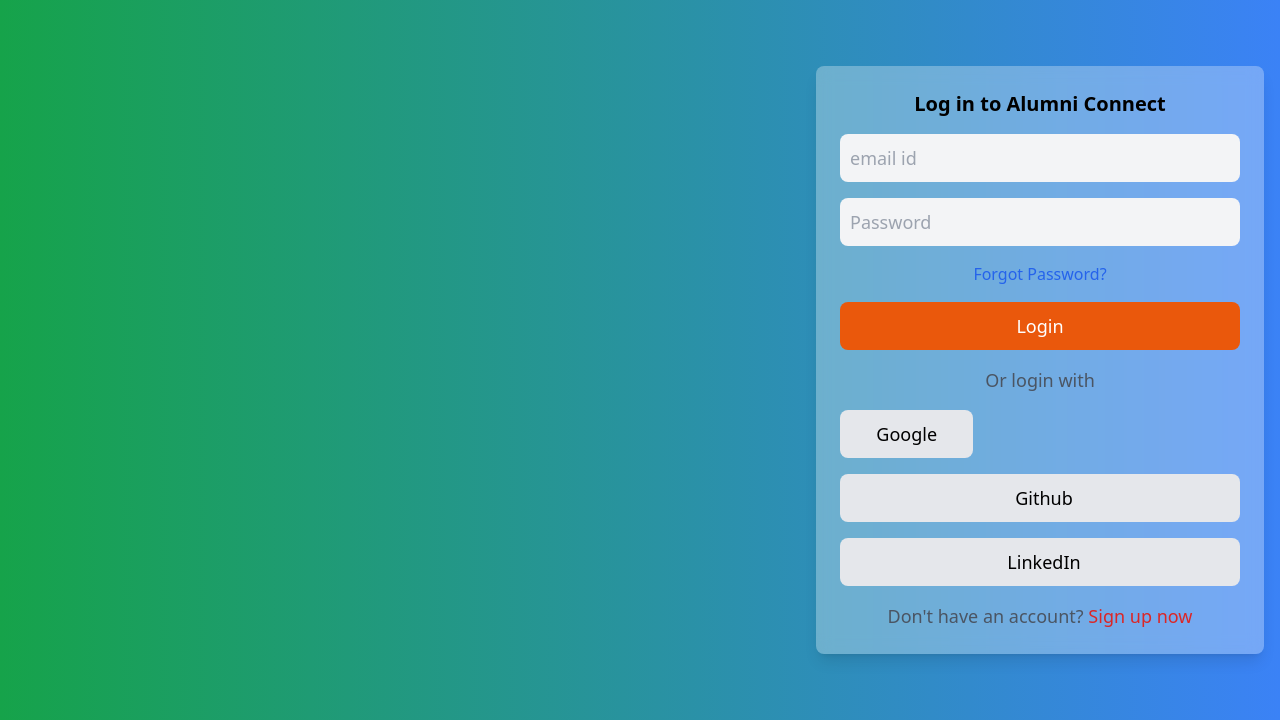
Repository: ptsdpatient/SIH24
Page: /login (app in frontend/)
The author's editor kept a copy of each file at every save. The page is drawn from the files as they stood at one save, then again after a run of saves.
The browser window is 1280 px wide. The pictures show the whole page.
The page's requests for data from a server got no answer. Some web libraries are served in a nearby version. The project was rebuilt for these pictures with package versions that can differ from the ones it lists, and the page was loaded fresh each time. The framework's server and built-in components were replaced by stand-ins that run in the browser. No one was signed in, and anything a server would have sent is missing.

Above is the page before, as saved 2024-09-14 15:59:15.

### frontend/src/app.html
<!doctype html>
<html lang="en">
	<head>
		<script src="https://accounts.google.com/gsi/client" async defer></script>
		<script src="https://cdn.tailwindcss.com"></script>

		<meta charset="utf-8" />
		<link rel="icon" href="%sveltekit.assets%/favicon.png" />
		<meta name="viewport" content="width=device-width, initial-scale=1" />
		%sveltekit.head%
	</head>
	<body data-sveltekit-preload-data="hover">
		<div style="display: contents">%sveltekit.body%</div>
	</body>
</html>

### frontend/src/routes/login/+page.svelte
<script>
    import {onMount} from 'svelte'
    const apiKey = import.meta.env.VITE_API_KEY;

    let email = '';
    let password = '';
    let enableTokenDebugging = false;


    async function authenticateToken(token){
        try{
            const response = await fetch((apiKey+'authenticateToken'), {
                method: 'GET',
                headers: {
                    'Content-Type': 'application/json',
                    'Authorization': `Bearer ${token}`
                },

            })

            const data = await response.json();

            if(data.auth){
              window.location.href = data.admin?'/admin':'/home'
            }

        }catch(err){
            alert("your session has expired, please login again")
        }
    }

    async function handleLogin() {
      const loginData = {
        email: email,
        password: password
      };

      try {
        const response = await fetch((apiKey+'login'), {
          method: 'POST',
          headers: {
          'Content-Type': 'application/json'
          },
          body: JSON.stringify(loginData),
        });

        if (!response.ok) {
          alert("failed")
          throw new Error('Login failed');
        }


        const data = await response.json();

        if(data.token) {
          localStorage.setItem('token', data.token);
        }

        if(data.user.isAdmin>0)admin=true

        window.location.href = '/home'

        console.log('Login successful:', data);
      } catch (error) {
        console.error('Error during login:', error);
      }
    }


    onMount(()=>{
         const token = localStorage.getItem('token');
         if(token) {
            authenticateToken(token)
         }
    })

  </script>


<div class="flex flex-col md:flex-row justify-end bg-gradient-to-r from-green-600 to-blue-500" style="width:100vw;height:100svh">

    <div class=" absolute md:relative flex items-center justify-center p-4">
        <div class="bg-white bg-opacity-30 backdrop-blur rounded-lg shadow-lg p-6 max-w-md w-full animate-fadeIn">
            <p id="login" class="text-center text-xl font-semibold">Log in to Alumni Connect</p>
            <div action="" class="mt-4">
                <input bind:value={email} type="email" id="username" name="username" placeholder="email id"  required class="w-full p-2.5 mb-4 border-none rounded-lg text-lg bg-gray-100 outline-none">
                <input bind:value={password} type="password" id="password" name="password" placeholder="Password" required class="w-full p-2.5 mb-4 border-none rounded-lg text-lg bg-gray-100 outline-none">
                <p class="text-gray-600 text-center mb-4">
                    <a href="forgot_password.html" class="text-blue-600">Forgot Password?</a>
                </p>


                <button on:click={()=>handleLogin()} class="w-full p-2.5 mb-4 border-none rounded-lg text-lg bg-orange-600 text-white cursor-pointer">Login</button>


                <p id="suggest" class="text-gray-600 text-center text-lg mb-4">Or login with</p>
                <button class="w-1/3 p-2.5 mb-4 border-none rounded-lg text-lg bg-gray-200 flex items-center justify-center">
                    <img src="" alt=""> Google
                </button>
                <button class="w-full p-2.5 mb-4 border-none rounded-lg text-lg bg-gray-200 flex items-center justify-center">
                    <i class="fa-brands fa-github mr-2"></i> Github
                </button>
                <button class="w-full p-2.5 mb-4 border-none rounded-lg text-lg bg-gray-200 flex items-center justify-center">
                    <i class="fa-brands fa-linkedin mr-2"></i> LinkedIn
                </button>
                <p id="suggest" class="text-gray-600 text-center text-lg">Don't have an account?
                    <a href="login.svelte" id="signup" class="text-red-600">Sign up now</a>
                </p>
              </div>
        </div>
    </div>




</div>

After the next 3 saves:
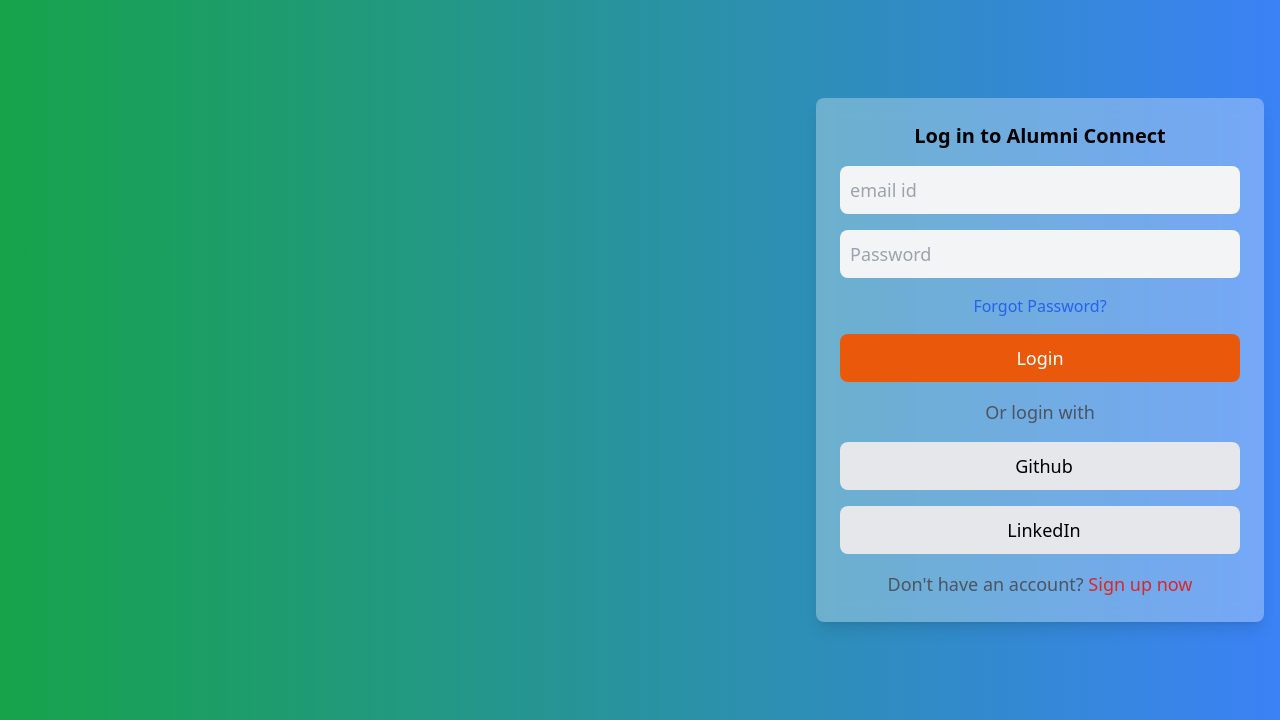
The 3 saves are shown as one change because they came seconds apart.
The last was saved 46 s later.
--- a/frontend/src/routes/login/+page.svelte
+++ b/frontend/src/routes/login/+page.svelte
@@ -94,9 +94,7 @@
 
 
                 <p id="suggest" class="text-gray-600 text-center text-lg mb-4">Or login with</p>
-                <button class="w-1/3 p-2.5 mb-4 border-none rounded-lg text-lg bg-gray-200 flex items-center justify-center">
-                    <img src="" alt=""> Google
-                </button>
+
                 <button class="w-full p-2.5 mb-4 border-none rounded-lg text-lg bg-gray-200 flex items-center justify-center">
                     <i class="fa-brands fa-github mr-2"></i> Github
                 </button>
